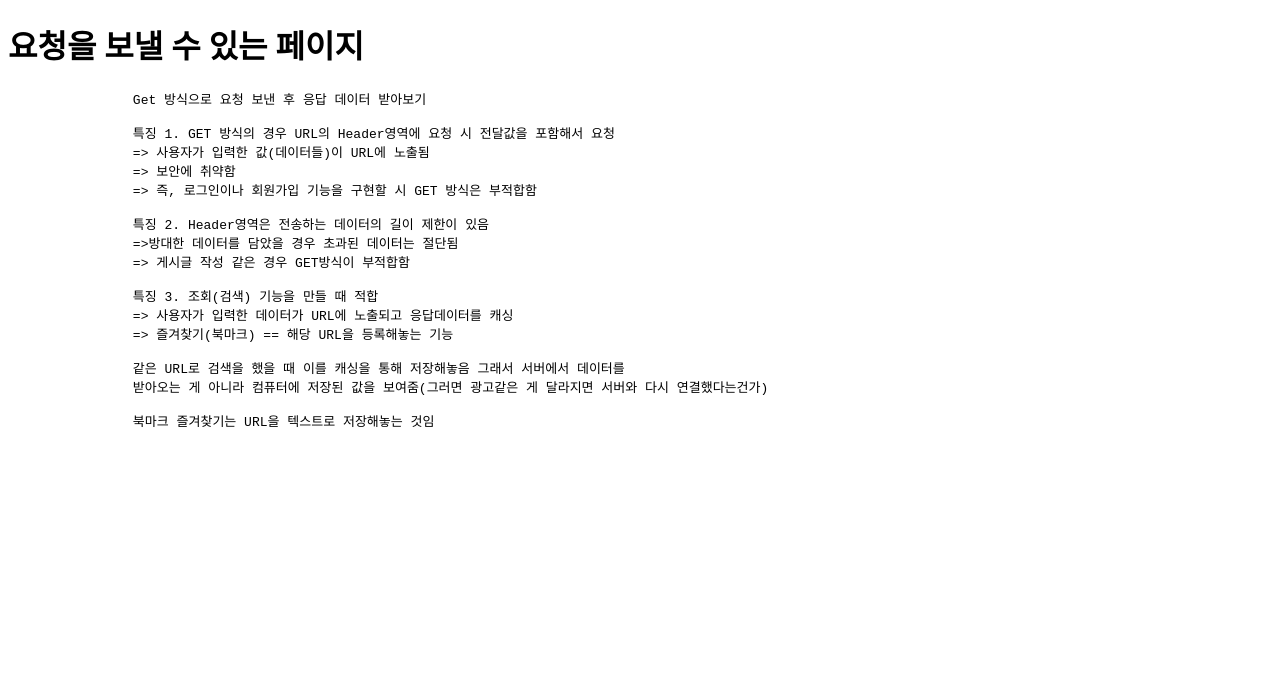
Repository: 1018lmh-hub/java_dynamic
Page: MyFirstWebProject/src/main/webapp/views/request_get.html
The author's editor kept a copy of each file at every save. The page is drawn from the files as they stood at one save, then again after the next save.
The browser window is 1280 px wide. The pictures show the whole page.

Above is the page before, as saved 2026-05-04 03:48:34.

After the next save:
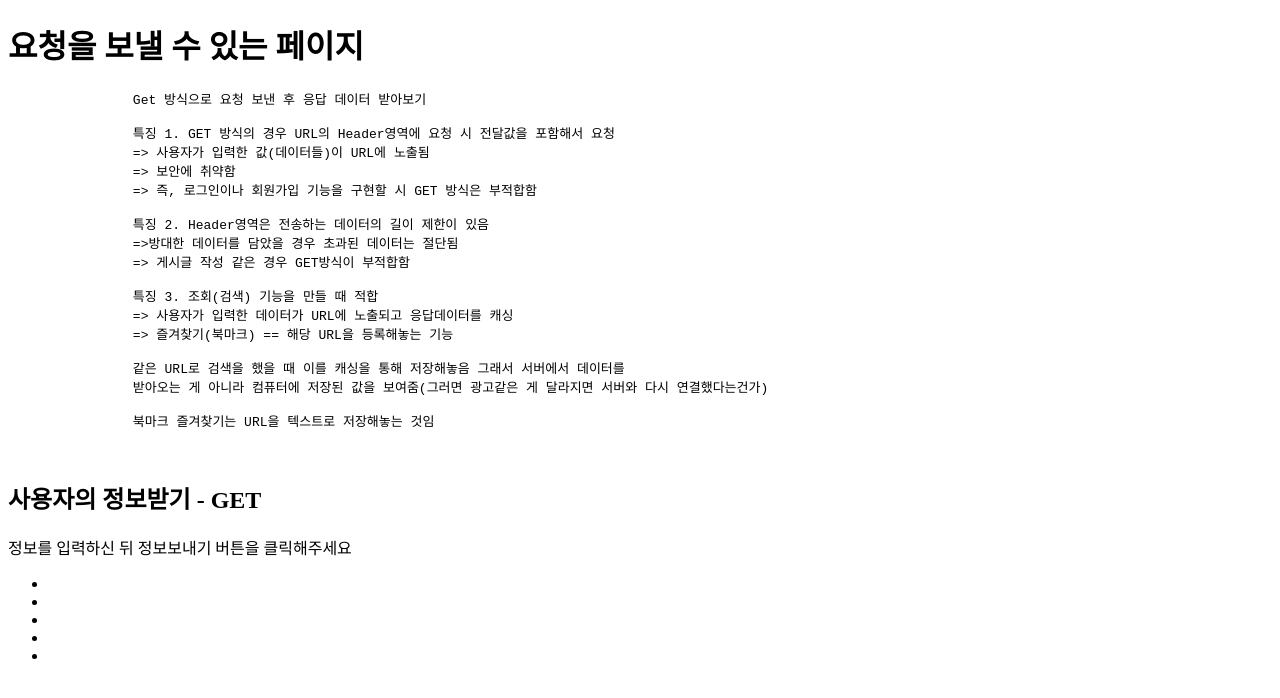
Saved 76 min 7 s later.
--- a/MyFirstWebProject/src/main/webapp/views/request_get.html
+++ b/MyFirstWebProject/src/main/webapp/views/request_get.html
@@ -30,5 +30,30 @@
 		북마크 즐겨찾기는 URL을 텍스트로 저장해놓는 것임
 
 	</pre>
+
+
+	<h2>사용자의 정보받기 - GET</h2>
+	<p>정보를 입력하신 뒤 정보보내기 버튼을 클릭해주세요</p>
+
+	<form method = "get" action="">
+		<ul>
+			<li>
+
+			</li>
+			<li>
+
+			</li>
+			<li>
+
+			</li>
+			<li>
+
+			</li>
+			<li>
+
+			</li>
+		</ul>
+
+	</form>
 </body>
 </html>
